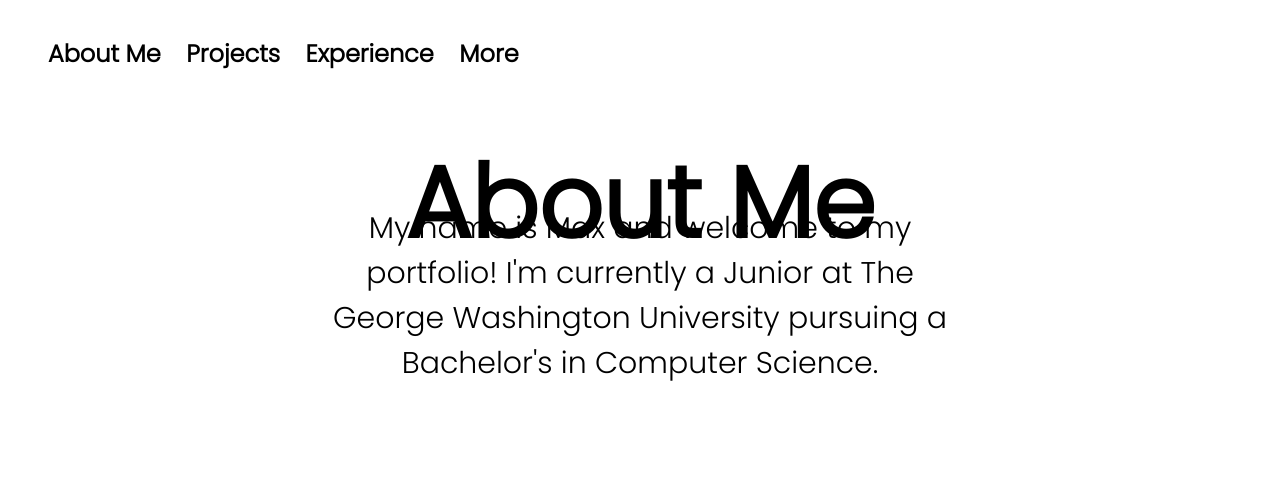
Repository: notMaximilian/maximilianaquino.github.io
Page: about.html
These files come from the project's save history. The page is drawn as it stood at one moment and after the next save; the edit follows.
The browser window is 1280 px wide. The pictures show the whole page.

Above is the page before, as saved 2022-02-10 09:51:14.

### about.html
<!DOCTYPE html>
<html lang="en">

<head>
  <meta charset="UTF-8">
  <meta name="viewport" content="width=device-width, initial-scale=1, user-scaleable=no">
  <title>Max Aquino</title>
  <link rel="preconnect" href="https://fonts.googleapis.com">
  <link rel="preconnect" href="https://fonts.gstatic.com" crossorigin>
  <link href="https://fonts.googleapis.com/css2?family=Poppins:wght@300&display=swap" rel="stylesheet">
  <link rel="stylesheet" href="css/subpage.css">
</head>

<body>


      <div class="mainNav">
        <ul class = "navmenu">
          <li class = "navmenuItems"><h2 id="about">About Me</h2></li>
          <li class = "navmenuItems"><h2 id="projects">Projects</h2></li>
          <li class = "navmenuItems"><h2 id="experience">Experience</h2></li>
          <li class = "navmenuItems"><h2 id="more">More</h2></li>
        </ul>

      <br>
      <br>
      <br>
      <h1>About Me</h1>
      <p>My name is Max and welcome to my portfolio! I'm currently a Junior at
        The George Washington University pursuing a Bachelor's in Computer Science.

      </p>



  <!-- Maximilian Fade in and out -->

  <!-- <script src="js/game.js"></script> -->
</body>

</html>

### css/subpage.css
.corners{
    position: absolute;
    width: 16vw;
}

#cornerL{
    transform: translate(-35vw, 23vh);
}
#cornerR{
    transform: translate(35vw, 23vh);
}

#github{
    position: absolute;
    width: 7vw;
    transform: translate(32vw, 28vh);
}
#twitter{
    position: absolute;
    width: 7vw;
    transform: translate(-32vw, 30vh);
}

ul{
    list-style-type: none;
}
li{
    float: left;
    font-family: "Poppins", sans-serif;
    margin-right: 2vw;
}

h1{
    font-family: "Poppins", sans-serif;
    text-align: center;
    margin-top: 8vh;
    font-size: 100px;
    margin-bottom: -10vh;
}

p{
    inline-size: 49vw;
    font-family: "Poppins", sans-serif;
    text-align: center;
    /* border: 5px solid black; */
    margin: 0 auto;
    font-size: 30px ;
}

After the next save:
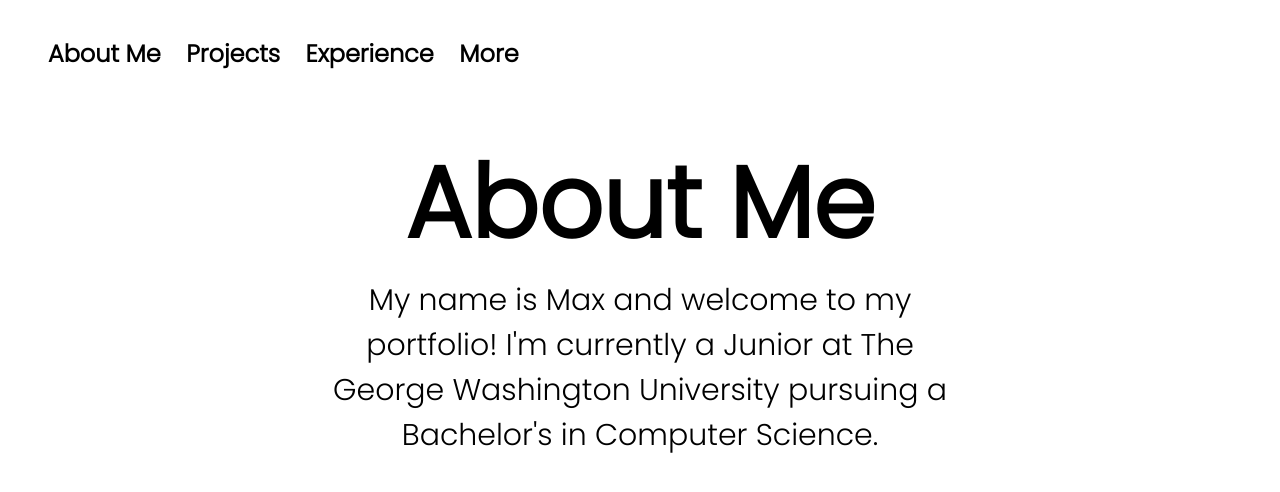
Saved 5 s later.
--- a/css/subpage.css
+++ b/css/subpage.css
@@ -35,7 +35,7 @@ h1{
     text-align: center;
     margin-top: 8vh;
     font-size: 100px;
-    margin-bottom: -10vh;
+    margin-bottom: 0vh;
 }
 
 p{
